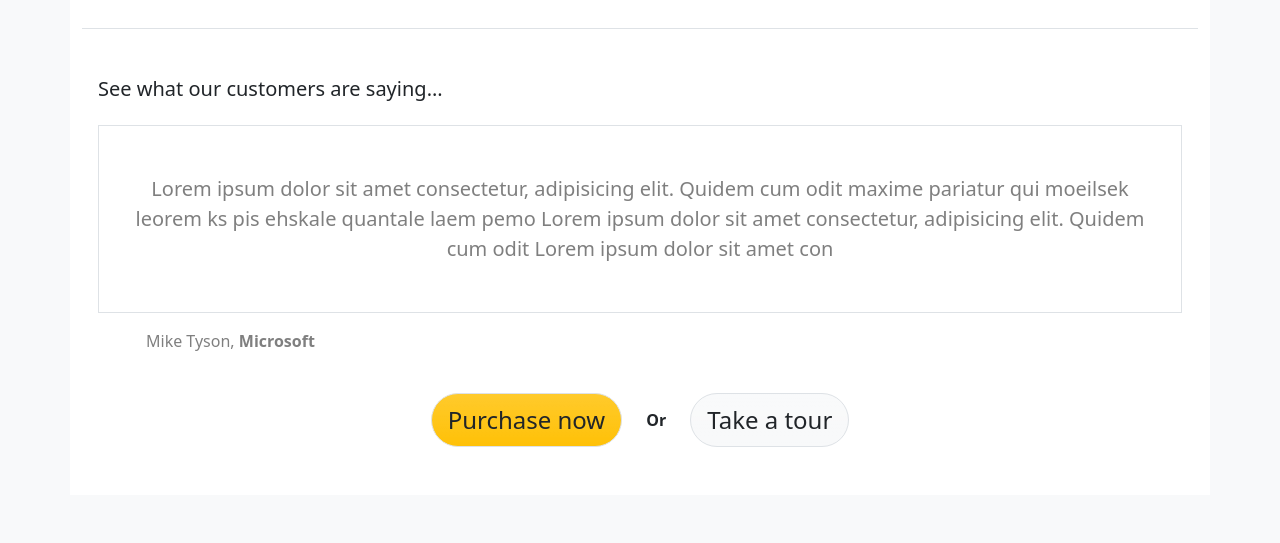
Repository: lyvandat/dh---bootstrap1
Page: index.html
An editor plug-in stored every save of this project. The page is shown before and after the next save, followed by the edit.
The browser window is 1280 px wide. The pictures show the part of the page from y = 1586 to 2470 px (the page is 2129 px tall before and 2470 px after).
A picture or video elsewhere on the page could not be fetched, so the positions and the page height are approximate. Some web libraries are served in a nearby version.

Above is the page before, as saved 2022-11-01 21:15:05.

After the next save:
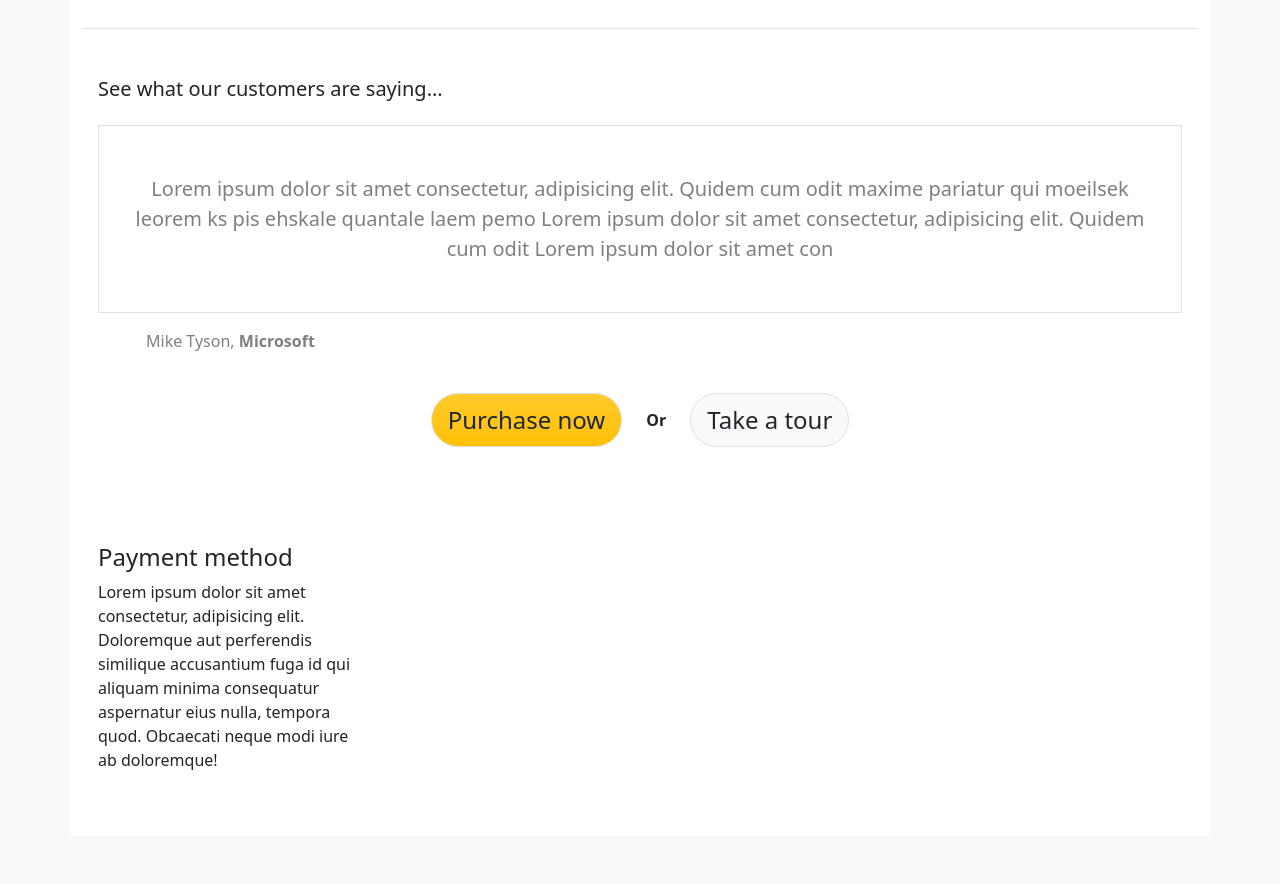
Saved 71 s later.
--- a/index.html
+++ b/index.html
@@ -176,6 +176,13 @@
         </button>
       </div>
     </section>
+
+    <section class="row px-3 d-flex flex-column pb-5 mb-5">
+      <div class="col-3">
+        <h4>Payment method</h4>
+        <p>Lorem ipsum dolor sit amet consectetur, adipisicing elit. Doloremque aut perferendis similique accusantium fuga id qui aliquam minima consequatur aspernatur eius nulla, tempora quod. Obcaecati neque modi iure ab doloremque!</p>
+      </div>
+    </section>
   </div>
 
 
